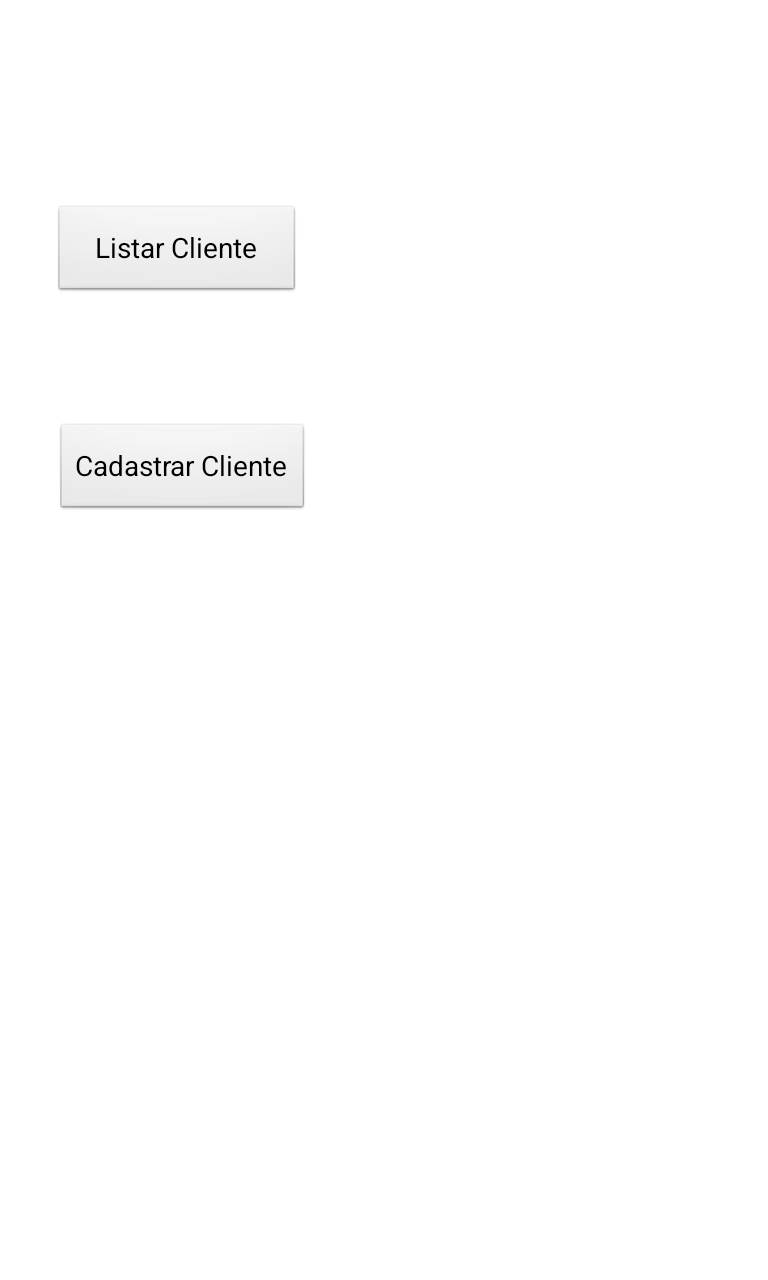
Repository: danielpedroza/SICLA
Layout: Sicla/res/layout/dadoscliente.xml
An editor plug-in stored every save of this project. The layout is shown before and after the next save, followed by the edit.
It is drawn on a 768 x 1280 px phone screen (xhdpi) without system bars, with theme AppTheme; the app's code is not run.

Above is the layout before, as saved 2013-09-16 02:15:56.

After the next save:
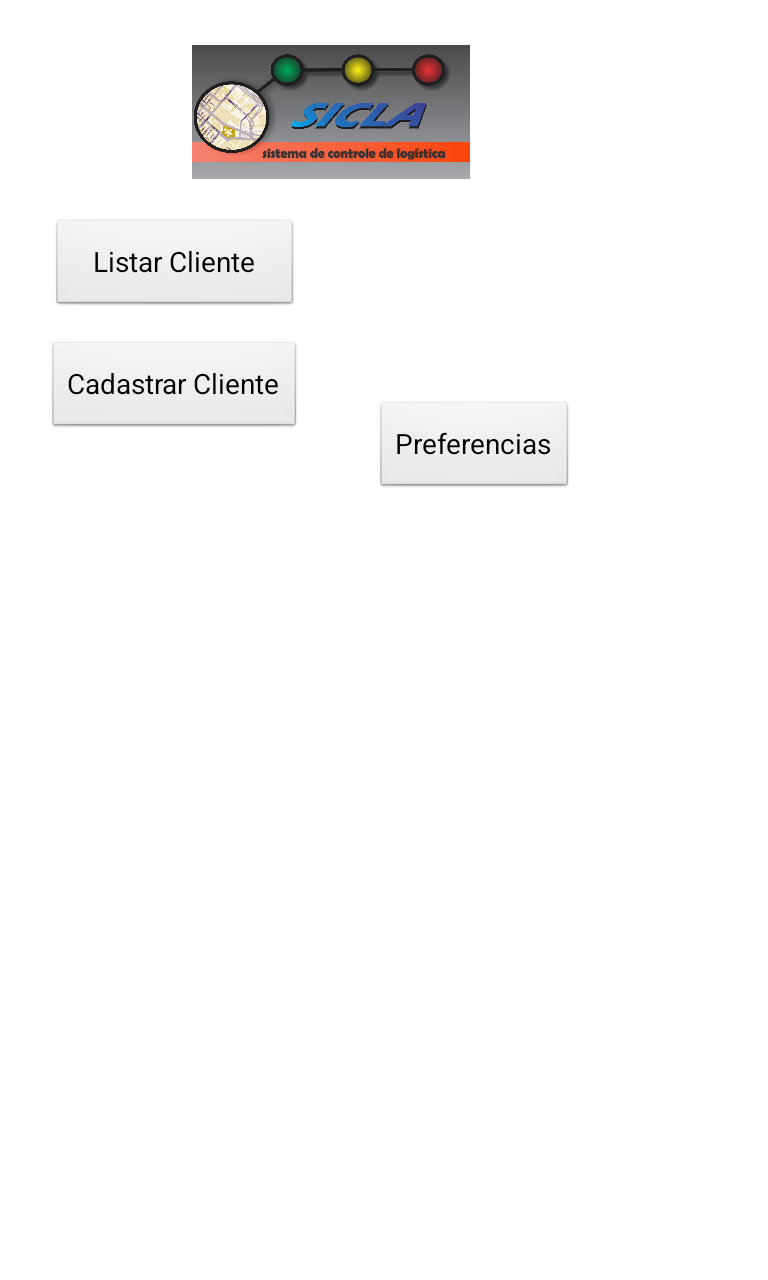
Saved 2 min 18 s later.
--- a/Sicla/res/layout/dadoscliente.xml
+++ b/Sicla/res/layout/dadoscliente.xml
@@ -19,25 +19,42 @@
         android:layout_width="match_parent"
         android:layout_height="match_parent"
         android:layout_alignParentBottom="true"
-        android:layout_centerHorizontal="true" >
+        android:layout_alignParentRight="true" >
+
+        <ImageView
+            android:id="@+id/imageView1"
+            android:layout_width="139dp"
+            android:layout_height="120dp"
+            android:layout_x="80dp"
+            android:layout_y="-20dp"
+            android:src="@drawable/sicla" />
+
+        <Button
+            android:id="@+id/button1"
+            android:layout_width="wrap_content"
+            android:layout_height="wrap_content"
+            android:layout_x="171dp"
+            android:layout_y="184dp"
+            android:onClick="telapreferencias"
+            android:text="Preferencias" />
+
+        <Button
+            android:id="@+id/cadastrarCliente"
+            android:layout_width="wrap_content"
+            android:layout_height="wrap_content"
+            android:layout_x="7dp"
+            android:layout_y="154dp"
+            android:onClick="cadastrocliente"
+            android:text="Cadastrar Cliente" />
 
         <Button
             android:id="@+id/button_Motorista"
             android:layout_width="125dp"
             android:layout_height="wrap_content"
-            android:layout_x="10dp"
-            android:layout_y="86dp"
+            android:layout_x="9dp"
+            android:layout_y="93dp"
             android:onClick="ListarClientes"
             android:text="Listar Cliente" />
-
-        <Button
-            android:id="@+id/cadastrarCliente"
-            android:layout_width="wrap_content"
-            android:layout_height="wrap_content"
-            android:layout_x="11dp"
-            android:layout_y="195dp"
-            android:onClick="cadastrocliente"
-            android:text="Cadastrar Cliente" />
 
     </AbsoluteLayout>
 
